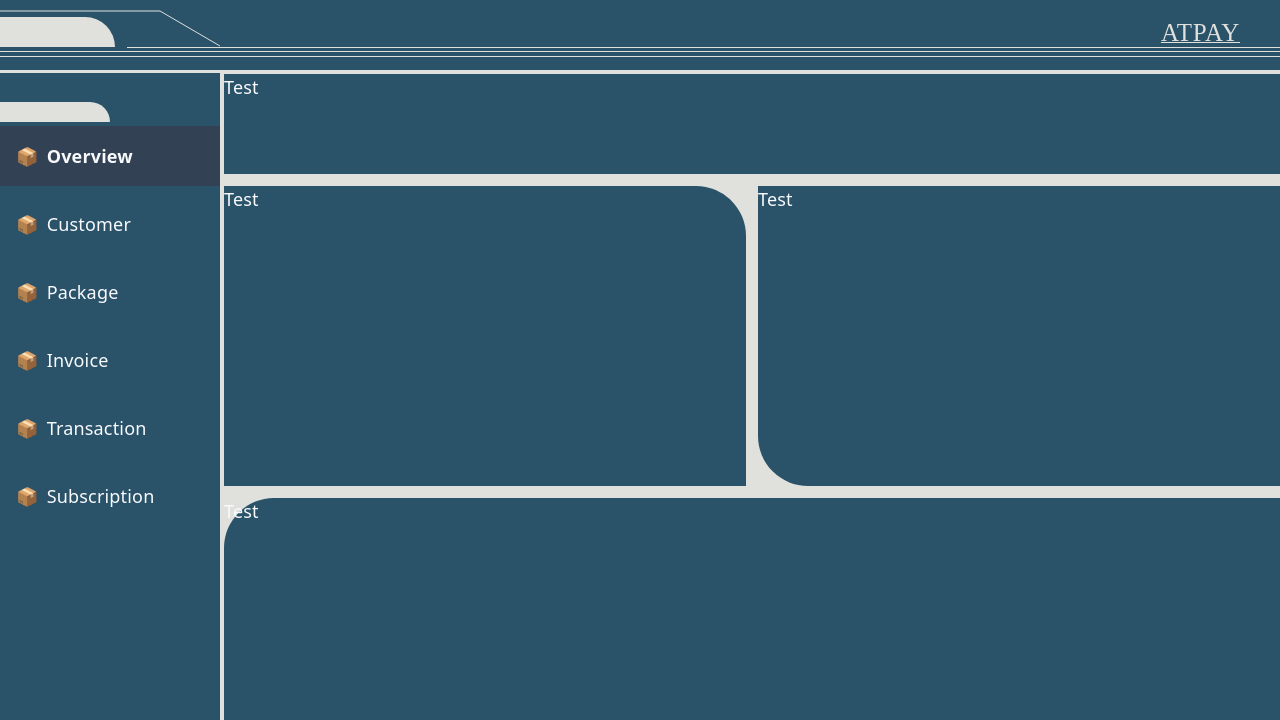
Repository: Farazdaq/stripe-payment-integration
Page: /dashboard (app in stripe-integration-react-dashboard/)
These files come from the project's save history. The page is drawn as it stood at one moment and after the next save; the edit follows.
The browser window is 1280 px wide. The pictures show the whole page.
An inner scrolling area shows only its first screen. Some web fonts or font styles are not loaded; a fallback is used. The project was rebuilt for these pictures with package versions that can differ from the ones it lists, and the page was loaded fresh each time. Also part of the build but not shown: stripe-integration-react-dashboard/vite.config.ts, stripe-integration-react-dashboard/src/App.css, stripe-integration-react-dashboard/src/features/dashboard/pages/Customer.tsx, stripe-integration-react-dashboard/src/features/dashboard/pages/Package.tsx, stripe-integration-react-dashboard/src/features/dashboard/pages/Invoice.tsx, stripe-integration-react-dashboard/src/features/dashboard/pages/Transaction.tsx, stripe-integration-react-dashboard/src/features/dashboard/pages/Subscription.tsx.

Above is the page before, as saved 2026-05-13 16:11:17.

After the next save:
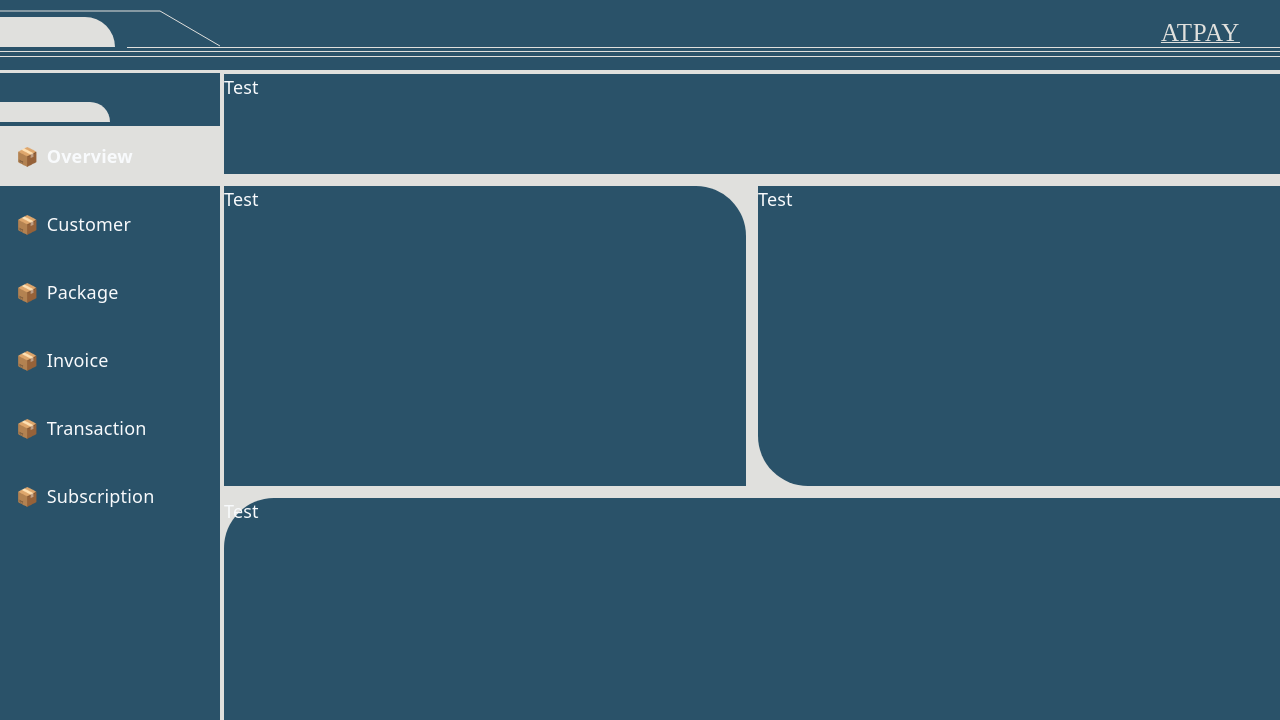
Saved 117 s later.
--- a/stripe-integration-react-dashboard/src/features/dashboard/layout/Sidebar/Sidebar.tsx
+++ b/stripe-integration-react-dashboard/src/features/dashboard/layout/Sidebar/Sidebar.tsx
@@ -37,7 +37,7 @@ export default function Sidebar({ active, setActive }: SidebarProps) {
               onClick={() => setActive(item.key)}
               className="w-full mb-2 cursor-pointer flex items-center justify-center md:justify-start gap-0 md:gap-2 p-3 md:p-4 transition-all duration-200"
               style={{
-                background: isActive ? theme.colors.border : "transparent",
+                background: isActive ? theme.colors.bg : "transparent",
                 color: theme.colors.text,
                 fontWeight: isActive ? "600" : "400",
               }}
